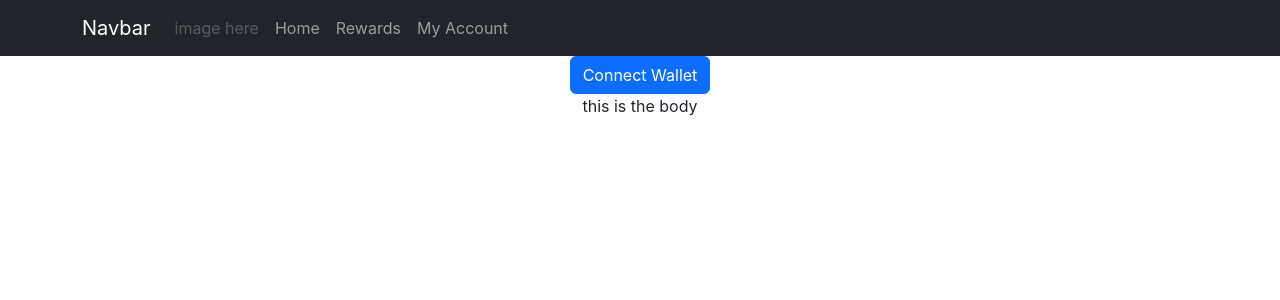
Repository: EyanIngles/AR
Page: /
These files come from the project's save history. The page is drawn as it stood at one moment and after the next save; the edit follows.
The browser window is 1280 px wide. The pictures show the whole page.
The project was rebuilt for these pictures with package versions that can differ from the ones it lists, and the page was loaded fresh each time.

Above is the page before, as saved 2024-05-29 13:08:40.

After the next save:
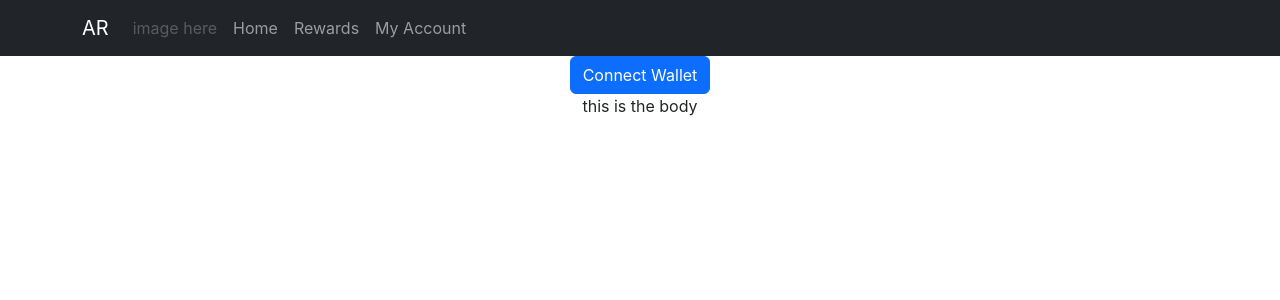
Saved 18 s later.
--- a/src/App.js
+++ b/src/App.js
@@ -46,7 +46,7 @@ useEffect(() => {
       <>
       <Navbar bg="dark" data-bs-theme="dark">
         <Container>
-          <Navbar.Brand href="/">Navbar</Navbar.Brand>
+          <Navbar.Brand href="/">AR</Navbar.Brand>
           <Nav className="me-auto">
           <Nav.Link disabled>image here</Nav.Link>
             <Nav.Link href="/">Home</Nav.Link>
